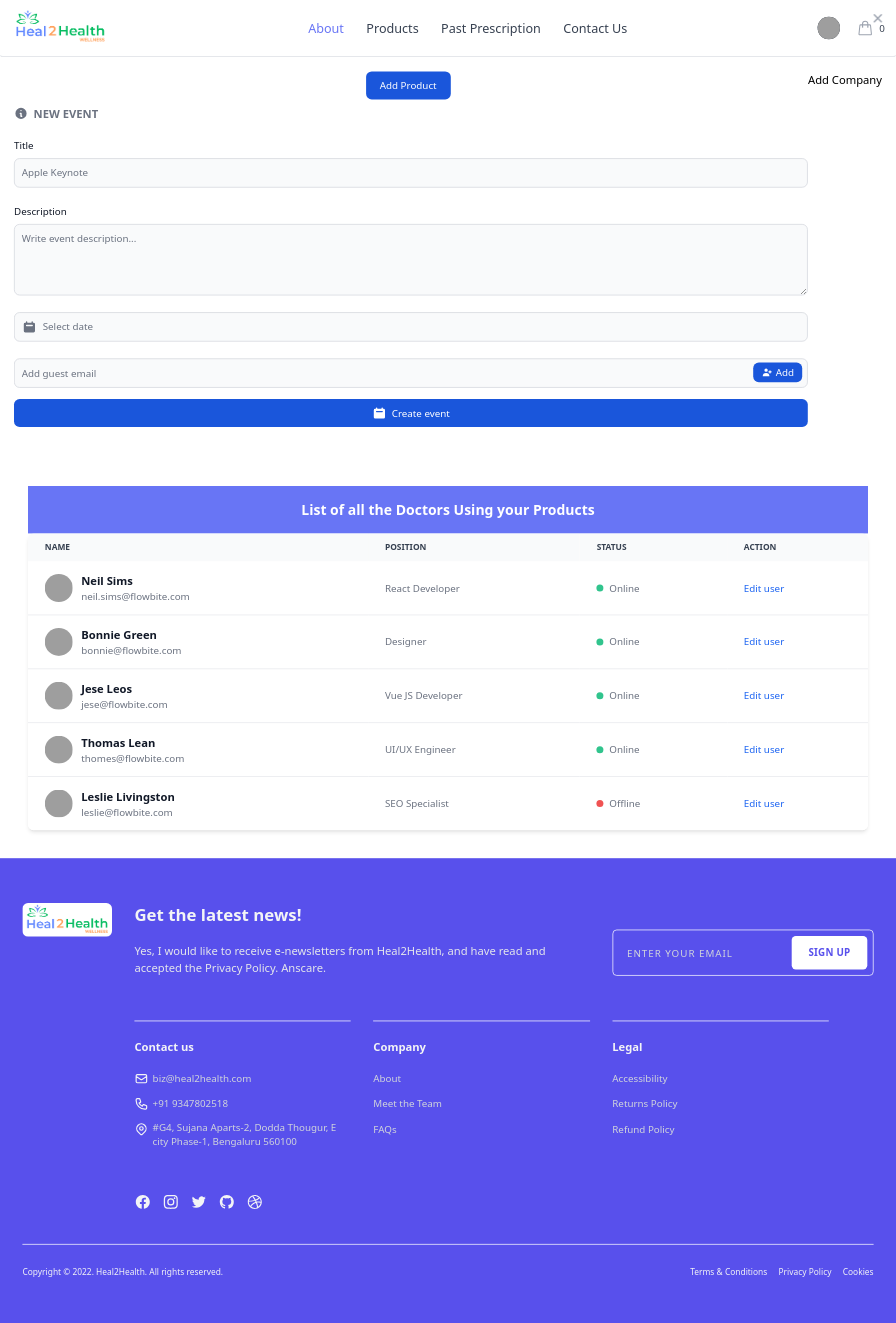
Repository: Akash123-coder/H2H
Page: /dealer (app in Frontend/)
The author's editor kept a copy of each file at every save. The page is drawn from the files as they stood at one save, then again after the next save.
The browser window is 1280 px wide. The pictures show the whole page, at 70% of full size.
Pictures or frames that could not be fetched are drawn as grey boxes. The project was rebuilt for these pictures with package versions that can differ from the ones it lists, and the page was loaded fresh each time. Also part of the build but not shown: Frontend/vite.config.ts, Frontend/src/pages/About.tsx, Frontend/src/components/Cta.jsx, Frontend/src/pages/Home.jsx, Frontend/src/components/Product.tsx, Frontend/src/components/Select.jsx, Frontend/src/components/CompanySelect.jsx, Frontend/src/pages/Prescription.jsx and 7 more.

Above is the page before, as saved 2022-10-12 16:57:26.

### Frontend/index.html
<!DOCTYPE html>
<html lang="en">
  <head>
    <meta charset="UTF-8" />
    <link rel="icon" type="image/svg+xml" href="/vite.svg" />
    <meta name="viewport" content="width=device-width, initial-scale=1.0" />
    <title>Heal2Health</title>
  </head>
  <body>
    <div id="root"></div>
    <script type="module" src="/src/main.tsx"></script>
  </body>
</html>

### Frontend/src/main.tsx
import React from 'react'
import ReactDOM from 'react-dom/client'
import App from './App'
import './index.css'
import {BrowserRouter} from 'react-router-dom'

ReactDOM.createRoot(document.getElementById('root') as HTMLElement).render(
  <React.StrictMode>
    <BrowserRouter>
    <App />
    </BrowserRouter>
  </React.StrictMode>
)

### Frontend/src/App.jsx
import { Routes, Route } from "react-router-dom";
import Navbar from "./components/Navbar.jsx";
import { ShoppingCartProvider } from "./context/ShoppingCartContext";
import About from "./pages/About";
import Home from "./pages/Home";
import Prescription from "./pages/Prescription";
import SignUp from "./pages/SignUp";
import Footer from "./components/Footer";
import Login from "./pages/Login";
import PastPrescription from "./pages/PastPrescription.jsx";

import ProductPage from "./pages/ProductPage.jsx";
import DealerPage from "./pages/DealerPage.jsx";

function App() {
  return (
    <ShoppingCartProvider>
      <Navbar />
      <Routes>
        <Route path="/" element={<Home />} />
        <Route path="/prescription" element={<Prescription />} />
        <Route path="/about" element={<About />} />
        <Route path="/login" element={<Login />} />
        <Route path="/SignUp" element={<SignUp />} />
        <Route path="/pastprescription" element={<PastPrescription />} />
        <Route path="/ProductPage" element={<ProductPage />} />
        <Route path="/dealer" element={<DealerPage />} />
        {/* <Route path="/SignUp" element={<CompanyNameSelect />} /> */}
      </Routes>
      <Footer />
    </ShoppingCartProvider>
  );
}

export default App;

### Frontend/src/context/ShoppingCartContext.tsx
import {useContext ,useState, createContext ,ReactNode} from 'react'

const ShoppingCartContext = createContext({})

type ShoppingCartProviderProps ={
    children: ReactNode
}
type CartItem = {
    id: number
    quantity:number
}


type ShoppingCartContext ={
    CartQuantity:number
    CartItems:CartItem[]
    getItemQuantity:(id: number) => number
    increaseItemQuantity:(id: number) => void
    decreaseItemQuantity:(id: number) => void
    removeFromCart:(id: number) => void
}

export function useShoppingCart() {
  return ( useContext(ShoppingCartContext)
  )
}

export function ShoppingCartProvider({children}:ShoppingCartProviderProps){
    const [cartItems ,setCartItems] = useState<CartItem>([]);

    const CartQuantity = cartItems.reduce(
        (quantity ,item) => item.quantity + quantity,0
    )

    function getItemQuantity(id : number){
        return cartItems.find( item => item.id === id)?.quantity || 0
    }
    function increaseItemQuantity(id : number){
         setCartItems(currItems =>{
            if(currItems.find(item => item.id === id)==null){
                return [...currItems, {id , quantity : 1}]

            } else {
                return currItems.map(item =>{
                    if(item.id === id ){
                        return {...item ,quantity: item.quantity + 1}
                    }else{
                        return item
                    }
                })
            }
         })
    }
    function decreaseItemQuantity(id: number) {
        setCartItems(currItems => {
          if (currItems.find(item => item.id === id)?.quantity === 1) {
            return currItems.filter(item => item.id !== id)
          } else {
            return currItems.map(item => {
              if (item.id === id) {
                return { ...item, quantity: item.quantity - 1 }
              } else {
                return item
              }
            })
          }
        })
      }
    function removeFromCart(id : number){
        setCartItems(currItems =>{
            return currItems.filter(item =>item.id!==id)
        })
    }
    return (

        <ShoppingCartContext.Provider value = {{getItemQuantity,increaseItemQuantity,decreaseItemQuantity ,removeFromCart,cartItems,CartQuantity}}>
            {children}
        </ShoppingCartContext.Provider>
    )
}

### Frontend/src/pages/DealerPage.jsx
import React from 'react'
import DealerAddProduct from '../components/DealerAddProduct'
import List from '../components/List'

function DealerPage() {
  return (
    <div>
      <div className="p-5 w-full flex ">
        <div className="flex-1">
          <DealerAddProduct/>
        </div>
        <div className="">
        <button>Add Company</button>
        </div>
      </div>
        <div className="p-10 ">
        <List/>
        </div>
    </div>
  )
}

export default DealerPage

### Frontend/src/components/DealerAddProduct.jsx
import React from 'react'

function DealerAddProduct() {
  return (
    <div>

{/* <!-- drawer init and show --> */}
<div class="text-center">
   <button class="text-white bg-blue-700 hover:bg-blue-800 focus:ring-4 focus:ring-blue-300 font-medium rounded-lg text-sm px-5 py-2.5 mr-2 mb-2 dark:bg-blue-600 dark:hover:bg-blue-700 focus:outline-none dark:focus:ring-blue-800" type="button" data-drawer-target="drawer-form" data-drawer-show="drawer-form" aria-controls="drawer-form">
   Add Product
   </button>
</div>
{/*
<!-- drawer component --> */}
<div id="drawer-form" class="fixed z-40 h-screen p-4 overflow-y-auto bg-white w-80 dark:bg-gray-800 transition-transform left-0 top-0 -translate-x-full" tabindex="-1" aria-labelledby="drawer-form-label" aria-hidden="true"/>
   <h5 id="drawer-label" class="inline-flex items-center mb-6 text-base font-semibold text-gray-500 uppercase dark:text-gray-400"><svg class="w-5 h-5 mr-2" aria-hidden="true" fill="currentColor" viewBox="0 0 20 20" xmlns="http://www.w3.org/2000/svg"><path fill-rule="evenodd" d="M18 10a8 8 0 11-16 0 8 8 0 0116 0zm-7-4a1 1 0 11-2 0 1 1 0 012 0zM9 9a1 1 0 000 2v3a1 1 0 001 1h1a1 1 0 100-2v-3a1 1 0 00-1-1H9z" clip-rule="evenodd"></path></svg>New event</h5>
   <button type="button" data-drawer-dismiss="drawer-form" aria-controls="drawer-form" class="text-gray-400 bg-transparent hover:bg-gray-200 hover:text-gray-900 rounded-lg text-sm p-1.5 absolute top-2.5 right-2.5 inline-flex items-center dark:hover:bg-gray-600 dark:hover:text-white">
      <svg aria-hidden="true" class="w-5 h-5" fill="currentColor" viewBox="0 0 20 20" xmlns="http://www.w3.org/2000/svg"><path fill-rule="evenodd" d="M4.293 4.293a1 1 0 011.414 0L10 8.586l4.293-4.293a1 1 0 111.414 1.414L11.414 10l4.293 4.293a1 1 0 01-1.414 1.414L10 11.414l-4.293 4.293a1 1 0 01-1.414-1.414L8.586 10 4.293 5.707a1 1 0 010-1.414z" clip-rule="evenodd"></path></svg>
      <span class="sr-only">Close menu</span>
   </button>
   <form action="#" class="mb-6">
      <div class="mb-6">
         <label for="title" class="block mb-2 text-sm font-medium text-gray-900 dark:text-gray-300">Title</label>
         <input type="text" id="title" class="bg-gray-50 border border-gray-300 text-gray-900 text-sm rounded-lg focus:ring-blue-500 focus:border-blue-500 block w-full p-2.5 dark:bg-gray-700 dark:border-gray-600 dark:placeholder-gray-400 dark:text-white dark:focus:ring-blue-500 dark:focus:border-blue-500" placeholder="Apple Keynote" required=""/>
      </div>
      <div class="mb-6">
         <label for="description" class="block mb-2 text-sm font-medium text-gray-900 dark:text-gray-400">Description</label>
         <textarea id="description" rows="4" class="block p-2.5 w-full text-sm text-gray-900 bg-gray-50 rounded-lg border border-gray-300 focus:ring-blue-500 focus:border-blue-500 dark:bg-gray-700 dark:border-gray-600 dark:placeholder-gray-400 dark:text-white dark:focus:ring-blue-500 dark:focus:border-blue-500" placeholder="Write event description..."></textarea>
      </div>
      <div class="relative mb-6">
         <div class="absolute inset-y-0 left-0 flex items-center pl-3 pointer-events-none">
            <svg aria-hidden="true" class="w-5 h-5 text-gray-500 dark:text-gray-400" fill="currentColor" viewBox="0 0 20 20" xmlns="http://www.w3.org/2000/svg"><path fill-rule="evenodd" d="M6 2a1 1 0 00-1 1v1H4a2 2 0 00-2 2v10a2 2 0 002 2h12a2 2 0 002-2V6a2 2 0 00-2-2h-1V3a1 1 0 10-2 0v1H7V3a1 1 0 00-1-1zm0 5a1 1 0 000 2h8a1 1 0 100-2H6z" clip-rule="evenodd"></path></svg>
         </div>
         <input datepicker="" datepicker-autohide="" datepicker-buttons="" type="text" class="bg-gray-50 border border-gray-300 text-gray-900 sm:text-sm rounded-lg focus:ring-blue-500 focus:border-blue-500 block w-full pl-10 p-2.5 dark:bg-gray-700 dark:border-gray-600 dark:placeholder-gray-400 dark:text-white dark:focus:ring-blue-500 dark:focus:border-blue-500 datepicker-input" placeholder="Select date"/>
      </div>
      <div class="mb-4">
         <label for="guests" class="mb-2 text-sm font-medium text-gray-900 sr-only dark:text-gray-300">Invite guests</label>
         <div class="relative">
            <input type="search" id="guests" class="block p-2.5 w-full text-sm text-gray-900 bg-gray-50 rounded-lg border border-gray-300 focus:ring-blue-500 focus:border-blue-500 dark:bg-gray-700 dark:border-gray-600 dark:placeholder-gray-400 dark:text-white dark:focus:ring-blue-500 dark:focus:border-blue-500" placeholder="Add guest email" required=""/>
            <button type="button" class="absolute inline-flex items-center px-3 py-1 text-sm font-medium text-white bg-blue-700 rounded-lg right-2 bottom-2 hover:bg-blue-800 focus:ring-4 focus:outline-none focus:ring-blue-300 dark:bg-blue-600 dark:hover:bg-blue-700 dark:focus:ring-blue-800"><svg class="w-4 h-4 mr-1" aria-hidden="true" fill="currentColor" viewBox="0 0 20 20" xmlns="http://www.w3.org/2000/svg"><path d="M8 9a3 3 0 100-6 3 3 0 000 6zM8 11a6 6 0 016 6H2a6 6 0 016-6zM16 7a1 1 0 10-2 0v1h-1a1 1 0 100 2h1v1a1 1 0 102 0v-1h1a1 1 0 100-2h-1V7z"></path></svg>Add</button>
         </div>
      </div>
      <button type="submit" class="text-white justify-center flex items-center bg-blue-700 hover:bg-blue-800 w-full focus:ring-4 focus:ring-blue-300 font-medium rounded-lg text-sm px-5 py-2.5 mr-2 mb-2 dark:bg-blue-600 dark:hover:bg-blue-700 focus:outline-none dark:focus:ring-blue-800"><svg class="w-5 h-5 mr-2" aria-hidden="true" fill="currentColor" viewBox="0 0 20 20" xmlns="http://www.w3.org/2000/svg"><path fill-rule="evenodd" d="M6 2a1 1 0 00-1 1v1H4a2 2 0 00-2 2v10a2 2 0 002 2h12a2 2 0 002-2V6a2 2 0 00-2-2h-1V3a1 1 0 10-2 0v1H7V3a1 1 0 00-1-1zm0 5a1 1 0 000 2h8a1 1 0 100-2H6z" clip-rule="evenodd"></path></svg> Create event</button>
   </form>
</div>

  )
}

export default DealerAddProduct

### Frontend/src/components/List.jsx
import React from 'react'

function List() {
  return (
    <div>

    <div className="p-5 w-full sticky overflow-x-auto text-center text-white bg-indigo-500 text-xl font-bold">
        <p>List of all the Doctors Using your Products</p>
    </div>
<div className="overflow-x-auto relative shadow-md sm:rounded-lg">
    <table className="w-full text-sm text-left text-gray-500 dark:text-gray-400">
        <thead className="text-xs text-gray-700 uppercase bg-gray-50 dark:bg-gray-700 dark:text-gray-400">
            <tr>
                <th scope="col" className="py-3 px-6">
                    Name
                </th>
                <th scope="col" className="py-3 px-6">
                    Position
                </th>
                <th scope="col" className="py-3 px-6">
                    Status
                </th>
                <th scope="col" className="py-3 px-6">
                    Action
                </th>
            </tr>
        </thead>
        <tbody>
            <tr className="bg-white border-b dark:bg-gray-800 dark:border-gray-700 hover:bg-gray-50 dark:hover:bg-gray-600">

                <th scope="row" className="flex items-center py-4 px-6 text-gray-900 whitespace-nowrap dark:text-white">
                    <img className="w-10 h-10 rounded-full" src="http://begmetobuyit.com/application/css/images/noImage.jpg" alt="Jese image"/>
                    <div className="pl-3">
                        <div className="text-base font-semibold">Neil Sims</div>
                        <div className="font-normal text-gray-500">neil.sims@flowbite.com</div>
                    </div>
                </th>
                <td className="py-4 px-6">
                    React Developer
                </td>
                <td className="py-4 px-6">
                    <div className="flex items-center">
                        <div className="h-2.5 w-2.5 rounded-full bg-green-400 mr-2"></div> Online
                    </div>
                </td>
                <td className="py-4 px-6">
                    <a href="#" className="font-medium text-blue-600 dark:text-blue-500 hover:underline">Edit user</a>
                </td>
            </tr>
            <tr className="bg-white border-b dark:bg-gray-800 dark:border-gray-700 hover:bg-gray-50 dark:hover:bg-gray-600">

                <th scope="row" className="flex items-center py-4 px-6 font-medium text-gray-900 whitespace-nowrap dark:text-white">
                    <img className="w-10 h-10 rounded-full" src="http://begmetobuyit.com/application/css/images/noImage.jpg" alt="Jese image"/>
                    <div className="pl-3">
                        <div className="text-base font-semibold">Bonnie Green</div>
                        <div className="font-normal text-gray-500">bonnie@flowbite.com</div>
                    </div>
                </th>
                <td className="py-4 px-6">
                    Designer
                </td>
                <td className="py-4 px-6">
                    <div className="flex items-center">
                        <div className="h-2.5 w-2.5 rounded-full bg-green-400 mr-2"></div> Online
                    </div>
                </td>
                <td className="py-4 px-6">
                    <a href="#" className="font-medium text-blue-600 dark:text-blue-500 hover:underline">Edit user</a>
                </td>
            </tr>
            <tr className="bg-white border-b dark:bg-gray-800 dark:border-gray-700 hover:bg-gray-50 dark:hover:bg-gray-600">

                <th scope="row" className="flex items-center py-4 px-6 font-medium text-gray-900 whitespace-nowrap dark:text-white">
                    <img className="w-10 h-10 rounded-full" src="http://begmetobuyit.com/application/css/images/noImage.jpg" alt="Jese image"/>
                    <div className="pl-3">
                        <div className="text-base font-semibold">Jese Leos</div>
                        <div className="font-normal text-gray-500">jese@flowbite.com</div>
                    </div>
                </th>
                <td className="py-4 px-6">
                    Vue JS Developer
                </td>
                <td className="py-4 px-6">
                    <div className="flex items-center">
                        <div className="h-2.5 w-2.5 rounded-full bg-green-400 mr-2"></div> Online
                    </div>
                </td>
                <td className="py-4 px-6">
                    <a href="#" className="font-medium text-blue-600 dark:text-blue-500 hover:underline">Edit user</a>
                </td>
            </tr>
            <tr className="bg-white border-b dark:bg-gray-800 dark:border-gray-700 hover:bg-gray-50 dark:hover:bg-gray-600">

                <th scope="row" className="flex items-center py-4 px-6 font-medium text-gray-900 whitespace-nowrap dark:text-white">
                    <img className="w-10 h-10 rounded-full" src="http://begmetobuyit.com/application/css/images/noImage.jpg" alt="Jese image"/>
                    <div className="pl-3">
                        <div className="text-base font-semibold">Thomas Lean</div>
                        <div className="font-normal text-gray-500">thomes@flowbite.com</div>
                    </div>
                </th>
                <td className="py-4 px-6">
                    UI/UX Engineer
                </td>
                <td className="py-4 px-6">
                    <div className="flex items-center">
                        <div className="h-2.5 w-2.5 rounded-full bg-green-400 mr-2"></div> Online
                    </div>
                </td>
                <td className="py-4 px-6">
                    <a href="#" className="font-medium text-blue-600 dark:text-blue-500 hover:underline">Edit user</a>
                </td>
            </tr>
            <tr className="bg-white dark:bg-gray-800 hover:bg-gray-50 dark:hover:bg-gray-600">

                <th scope="row" className="flex items-center py-4 px-6 font-medium text-gray-900 whitespace-nowrap dark:text-white">
                    <img className="w-10 h-10 rounded-full" src="http://begmetobuyit.com/application/css/images/noImage.jpg" alt="Jese image"/>
                    <div className="pl-3">
                        <div className="text-base font-semibold">Leslie Livingston</div>
                        <div className="font-normal text-gray-500">leslie@flowbite.com</div>
                    </div>
                </th>
                <td className="py-4 px-6">
                    SEO Specialist
                </td>
                <td className="py-4 px-6">
                    <div className="flex items-center">
                        <div className="h-2.5 w-2.5 rounded-full bg-red-500 mr-2"></div> Offline
                    </div>
                </td>
                <td className="py-4 px-6">
                    <a href="#" className="font-medium text-blue-600 dark:text-blue-500 hover:underline">Edit user</a>
                </td>
            </tr>
        </tbody>
    </table>
</div>

    </div>
  )
}

export default List

### Frontend/tailwind.config.cjs
/** @type {import('tailwindcss').Config} */
module.exports = {
  content: [
    "./src/**/*.{js,jsx,ts,tsx}",
    "node_modules/flowbite-react/**/*.{js,jsx,ts,tsx}",
  ],
  theme: {
    extend: {},
  },
  plugins: [require("flowbite/plugin"), require("@tailwindcss/forms")],
};

Loaded but not shown: Frontend/src/index.css (common file); Frontend/src/components/Footer.jsx (300 lines, source omitted); Frontend/src/pages/Cart.jsx (227 lines, source omitted); Frontend/src/components/Navbar.jsx (181 lines, source omitted)

After the next save:
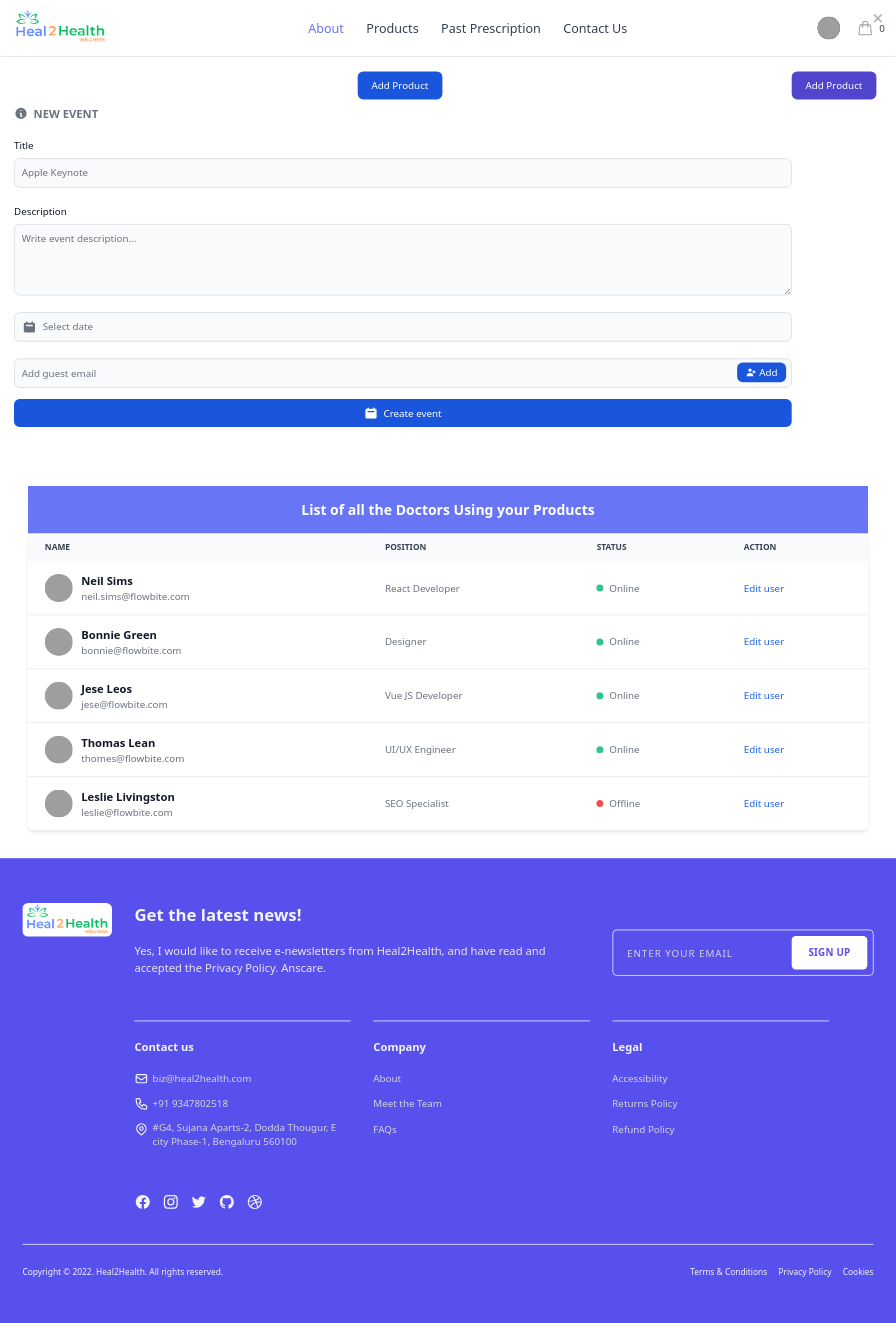
Saved 37 s later.
--- a/Frontend/src/pages/DealerPage.jsx
+++ b/Frontend/src/pages/DealerPage.jsx
@@ -7,17 +7,22 @@ function DealerPage() {
     <div>
       <div className="p-5 w-full flex ">
         <div className="flex-1">
-          <DealerAddProduct/>
+          <DealerAddProduct />
         </div>
         <div className="">
-        <button>Add Company</button>
+          <button
+            class="text-white bg-indigo-700 hover:bg-indigo-800 focus:ring-4 focus:ring-indigo-300 font-medium rounded-lg text-sm px-5 py-2.5 mr-2 mb-2 dark:bg-indigo-600 dark:hover:bg-indigo-700 focus:outline-none dark:focus:ring-indigo-800"
+            type="button"
+          >
+            Add Product
+          </button>
         </div>
       </div>
-        <div className="p-10 ">
-        <List/>
-        </div>
+      <div className="p-10 ">
+        <List />
+      </div>
     </div>
-  )
+  );
 }
 
 export default DealerPage
